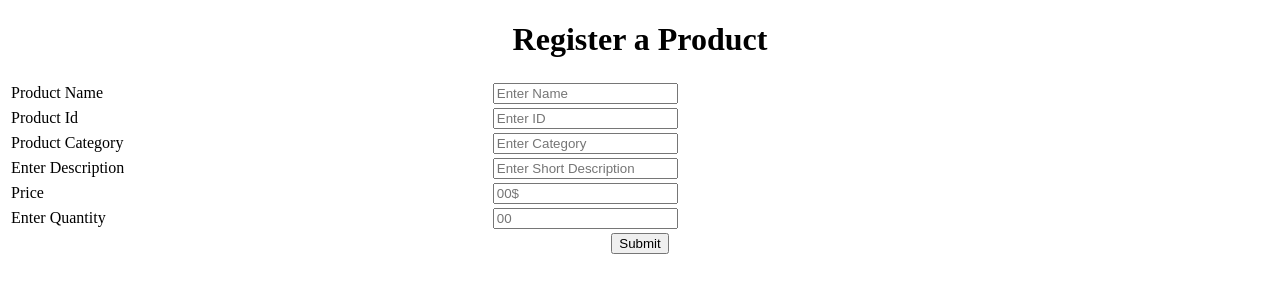
Repository: Dhwanishah1106/WTL
Page: Products/WebContent/product.html
An editor plug-in stored every save of this project. The page is shown before and after the next save, followed by the edit.
The browser window is 1280 px wide. The pictures show the whole page.

Above is the page before, as saved 2019-04-07 10:17:44.

After the next save:
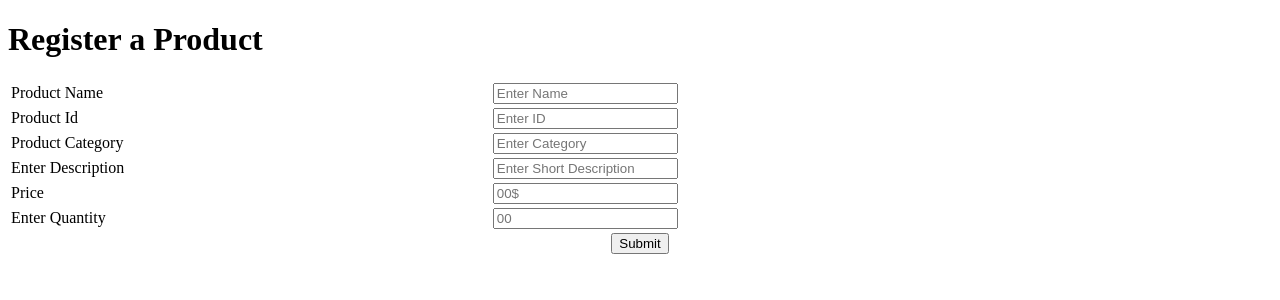
Saved 2 min 40 s later.
--- a/Products/WebContent/product.html
+++ b/Products/WebContent/product.html
@@ -5,38 +5,37 @@
 <title>Insert title here</title>
 </head>
 <body>
-<center>
-        <form  method="POST" class="form1" action="First">
-	<center><h1>Register a Product</h1></center>
-        <table width="100%"><tr>
-                <td><label for="pname">Product Name</label></td>
-			<td><input type="text" name="pname" id="pname" placeholder="Enter Name" required></td>
-		</tr>
-		<tr>
-			<td><label for="productId">Product Id</label></td>
-			<td><input type="number" name="productId" id="productId" placeholder="Enter ID" min="0"  required></td>
-		</tr>
-		<tr>
-			<td><label for="category">Product Category</label></td>
-			<td><input type="text" name="category" id="category" placeholder="Enter Category"  required></td>
-		</tr>
-		<tr>
-			<td><label for="description">Enter Description</label></td>
-			<td><input type="text" name="description" id="description" placeholder="Enter Short Description" required></td>
-		</tr>
-		<tr>
-			<td><label for="price">Price</label></td>
-			<td><input type="number" name="price" id="price" placeholder="00$" min="0" required></td>
-		</tr>
-		<tr>
-			<td><label for="quantity">Enter Quantity</label></td>
-			<td><input type="number" name="quantity" id="quantity" placeholder="00" min="0"  required></td>
-		</tr>
-		<tr>
-		<td colspan="2" align="center"><input class="btn1" type="submit" value="Submit" name="submit" ></td>
-		</tr>
-        </table>
-	</form>
-    </center>
+<form  method="POST" class="form1" action="First">
+<h1>Register a Product</h1></center>
+<table width="100%">
+<tr>
+	<td><label for="pname">Product Name</label></td>
+	<td><input type="text" name="pname" id="pname" placeholder="Enter Name" required></td>
+</tr>
+<tr>
+	<td><label for="productId">Product Id</label></td>
+	<td><input type="number" name="productId" id="productId" placeholder="Enter ID" min="0"  required></td>
+</tr>
+<tr>
+	<td><label for="category">Product Category</label></td>
+	<td><input type="text" name="category" id="category" placeholder="Enter Category"  required></td>
+</tr>
+<tr>
+	<td><label for="description">Enter Description</label></td>
+	<td><input type="text" name="description" id="description" placeholder="Enter Short Description" required></td>
+</tr>
+<tr>
+	<td><label for="price">Price</label></td>
+	<td><input type="number" name="price" id="price" placeholder="00$" min="0" required></td>
+</tr>
+<tr>
+	<td><label for="quantity">Enter Quantity</label></td>
+	<td><input type="number" name="quantity" id="quantity" placeholder="00" min="0"  required></td>
+</tr>
+<tr>
+	<td colspan="2" align="center"><input class="btn1" type="submit" value="Submit" name="submit" ></td>
+</tr>
+</table>
+</form>
 </body>
 </html>
